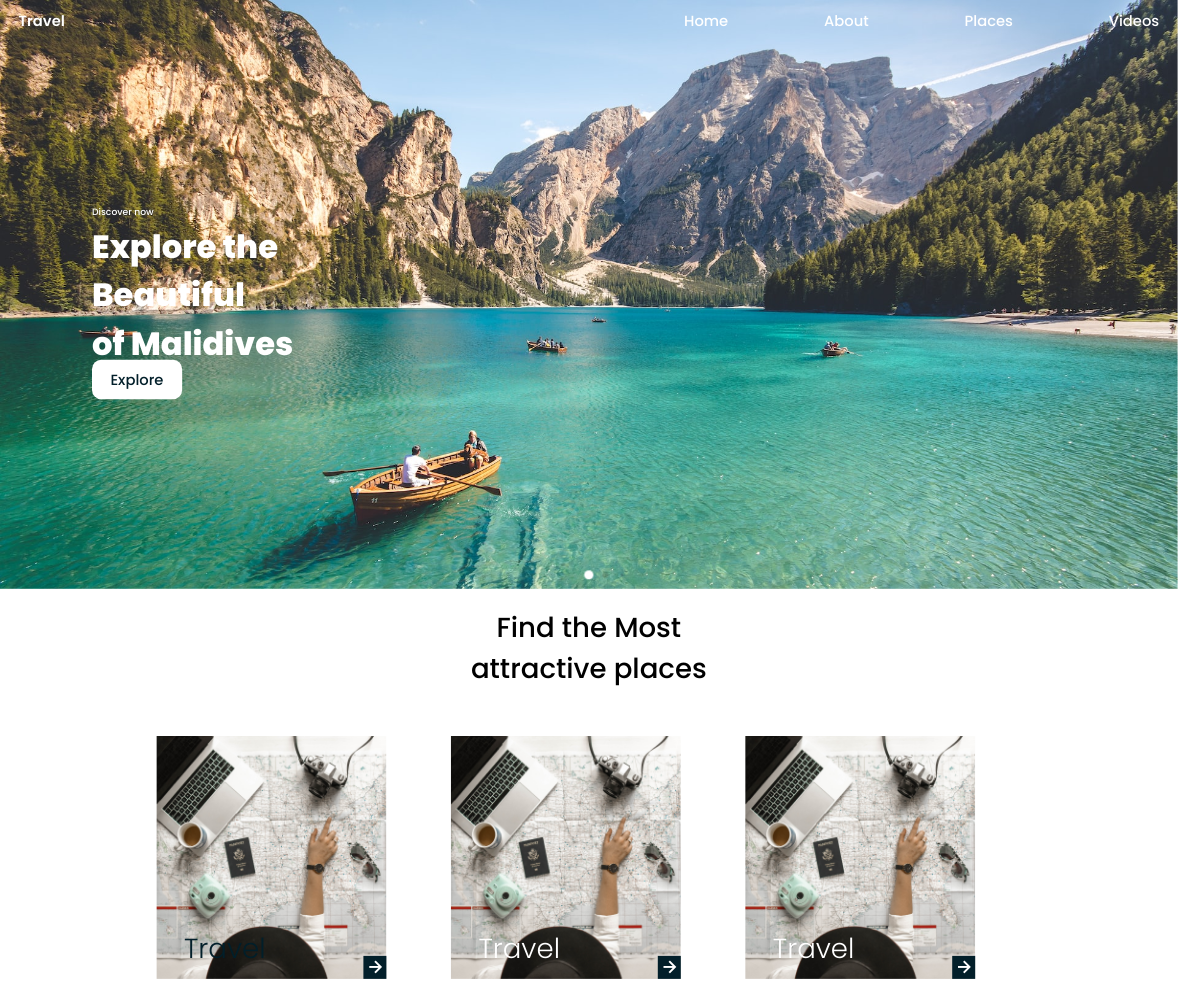
Repository: OmniaRafat232111121/Traveling
Page: index.html
The author's editor kept a copy of each file at every save. The page is drawn from the files as they stood at one save, then again after the next save.
The browser window is 1280 px wide. The pictures show the whole page, at 92% of full size.
The pointer rests on the first visible `.place-heading h2`.

Above is the page before, as saved 2022-12-20 11:38:13.

After the next save:
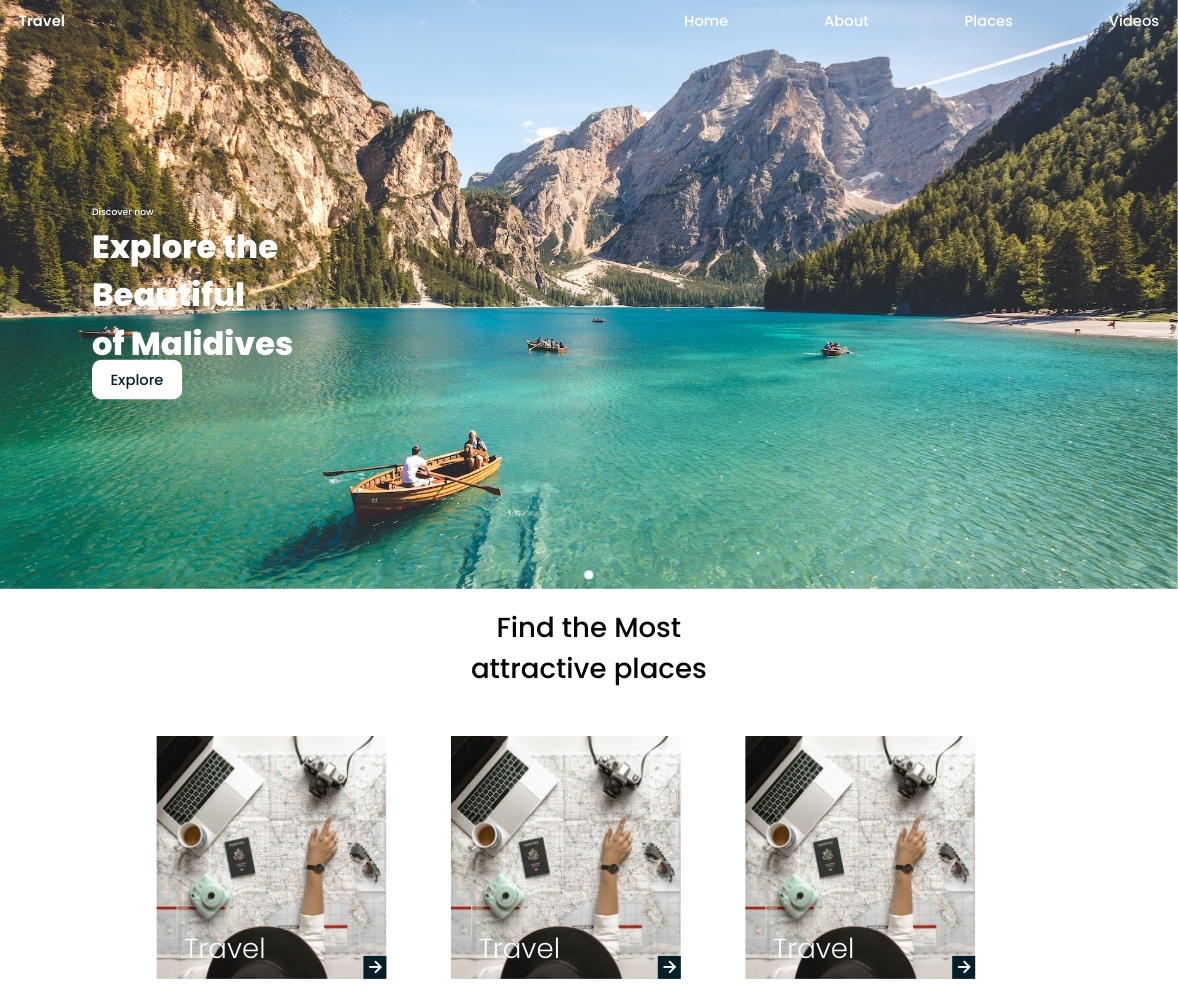
Saved 19 s later.
--- a/css/style.css
+++ b/css/style.css
@@ -174,6 +174,3 @@
     background-color:var(--bf-color);
     color: var(--text-color);
 }
-.place-heading h2:hover{
-    color: var(--text-color);
-}
